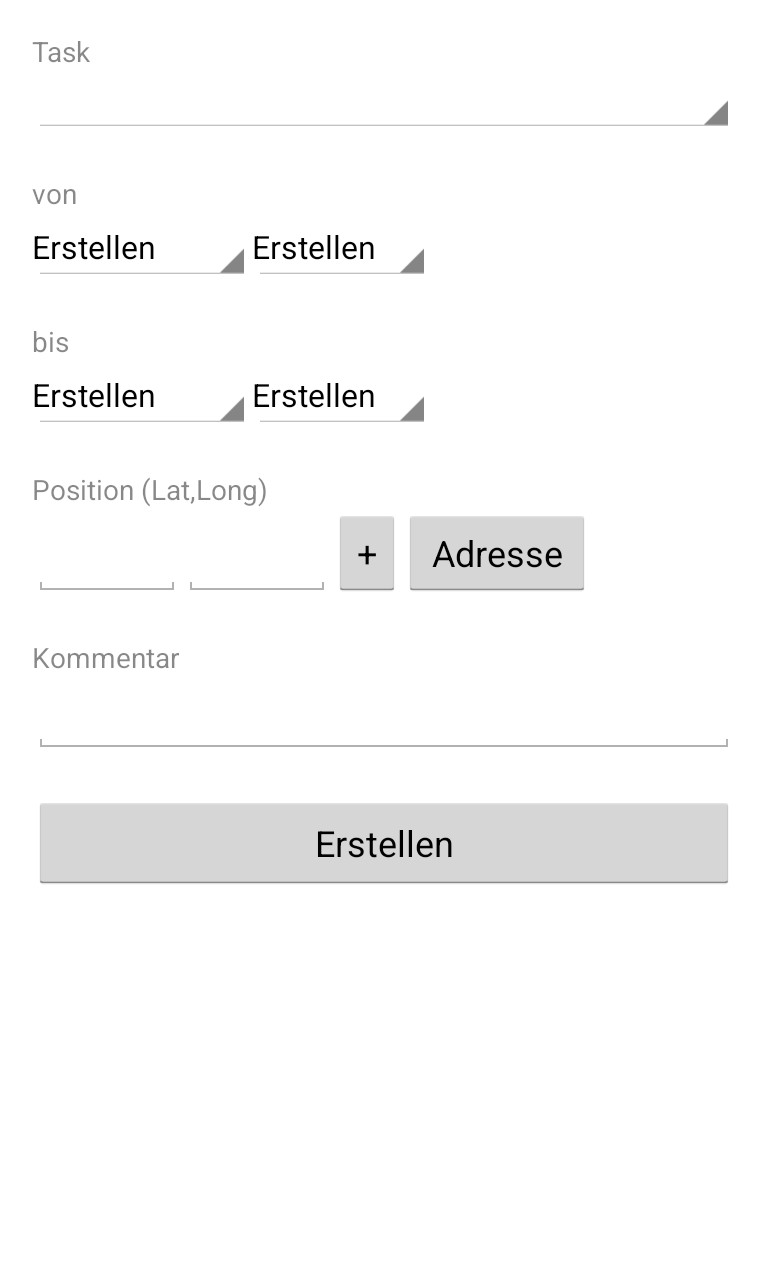
Repository: floriandrs/ttracker
Layout: TTracker/res/layout/activity_create_new_track.xml
The author's editor kept a copy of each file at every save. The layout is drawn from the files as they stood at one save, then again after the next save.
It is drawn on a 768 x 1280 px phone screen (xhdpi) without system bars, with theme AppTheme; the app's code is not run.

Above is the layout before, as saved 2015-02-25 19:53:56.

### TTracker/res/layout/activity_create_new_track.xml
<RelativeLayout xmlns:android="http://schemas.android.com/apk/res/android"
    xmlns:tools="http://schemas.android.com/tools"
    android:layout_width="match_parent"
    android:layout_height="match_parent"
    android:paddingBottom="@dimen/activity_vertical_margin"
    android:paddingLeft="@dimen/activity_horizontal_margin"
    android:paddingRight="@dimen/activity_horizontal_margin"
    android:paddingTop="@dimen/activity_vertical_margin"
    tools:context="com.slart.ttracker.activitiy.EditTrackActivity" >

    <TextView
        android:id="@+id/trackLabel"
        android:text="@string/track"
        style="@style/FormLabel"
        android:layout_marginTop="0dp" />

    <Spinner
        android:id="@+id/track"
        android:layout_width="match_parent"
        android:layout_height="wrap_content"
        android:layout_below="@id/trackLabel" />

    <TextView
        android:id="@+id/startLabel"
        android:layout_below="@id/track"
        android:text="@string/from"
        style="@style/FormLabel" />

    <Button
        android:id="@+id/startDate"
        android:layout_width="110dp"
        android:layout_height="35dp"
        android:layout_below="@id/startLabel"
        style="?android:attr/spinnerStyle"
        android:text="@string/create"
        android:onClick="setStartDate" />

    <Button
        android:id="@+id/startTime"
        android:layout_width="90dp"
        android:layout_height="35dp"
        android:layout_below="@id/startLabel"
        android:layout_toRightOf="@id/startDate"
        style="?android:attr/spinnerStyle"
        android:text="@string/create"
        android:onClick="setStartTime" />

    <TextView
        android:id="@+id/endLabel"
        android:layout_below="@id/startTime"
        android:text="@string/to"
        style="@style/FormLabel" />


    <Button
        android:id="@+id/endDate"
        android:layout_width="110dp"
        android:layout_height="35dp"
        android:layout_below="@id/endLabel"
        style="?android:attr/spinnerStyle"
        android:text="@string/create"
        android:onClick="setEndDate" />

    <Button
        android:id="@+id/endTime"
        android:layout_width="90dp"
        android:layout_height="35dp"
        android:layout_below="@id/endLabel"
        android:layout_toRightOf="@id/endDate"
        style="?android:attr/spinnerStyle"
        android:text="@string/create"
        android:onClick="setEndTime" />

    <TextView
        android:id="@+id/locationLabel"
        android:layout_below="@id/endTime"
        android:text="@string/location"
        style="@style/FormLabel" />

    <EditText
        android:id="@+id/lat"
        android:layout_width="75dp"
        android:layout_height="45dp"
        android:layout_below="@id/locationLabel" />

    <EditText
        android:id="@+id/lon"
        android:layout_width="75dp"
        android:layout_height="45dp"
        android:layout_below="@id/locationLabel"
        android:layout_toRightOf="@id/lat" />

    <Button
        android:id="@+id/locationButton"
        android:layout_width="35dp"
        android:layout_height="45dp"
        android:layout_below="@id/locationLabel"
        android:text="@string/location_update"
        android:onClick="onLocationUpdateButtonClick"
        android:layout_toRightOf="@id/lon" />

    <Button
        android:id="@+id/georefButton"
        android:layout_width="95dp"
        android:layout_height="45dp"
        android:state_enabled="false"
        android:layout_below="@id/locationLabel"
        android:text="@string/georef"
        android:onClick="onGeorefButtonClick"
        android:layout_toRightOf="@id/locationButton" />

    <TextView
        android:id="@+id/commentLabel"
        android:layout_below="@id/locationButton"
        android:text="@string/comment"
        style="@style/FormLabel" />

    <EditText
        android:id="@+id/comment"
        android:layout_below="@id/commentLabel"
        style="@style/FormWidthHeight" />

	<Button
        android:id="@+id/enter"
		android:layout_alignParentRight="true"
        android:layout_below="@id/comment"
        style="@style/FormTopMargin"
        android:text="@string/create"
        android:onClick="onCreateNewTrack" />


</RelativeLayout>

### TTracker/res/values/styles.xml
<resources>

    <!--
        Base application theme, dependent on API level. This theme is replaced
        by AppBaseTheme from res/values-vXX/styles.xml on newer devices.
    -->
    <style name="AppBaseTheme" parent="android:Theme.Light">
        <!--
            Theme customizations available in newer API levels can go in
            res/values-vXX/styles.xml, while customizations related to
            backward-compatibility can go here.
        -->
    </style>

    <!-- Application theme. -->
    <style name="AppTheme" parent="AppBaseTheme">
        <!-- All customizations that are NOT specific to a particular API-level can go here. -->
    </style>


    <style name="FormWidthHeight">
        <item name="android:layout_width">match_parent</item>
        <item name="android:layout_height">wrap_content</item>
    </style>

    <style name="FormTopMargin" parent="@style/FormWidthHeight">
        <item name="android:layout_marginTop">20dp</item>
    </style>

    <style name="FormLabel" parent="@style/FormTopMargin">
        <item name="android:textColor">#77000000</item>
        <item name="android:textSize">14dp</item>
    </style>

</resources>

### TTracker/res/values/strings.xml
<?xml version="1.0" encoding="utf-8"?>
<resources>

    <string name="app_name">TTracker</string>
    <string name="action_settings">Settings</string>
    <string name="hello_world">Hello world!</string>
    <string name="hello_blank_fragment">Hello blank fragment</string>
    <string name="title_activity_view_all_tracks">ViewAllTracksActivity</string>
    <string name="title_activity_edit_track">Neue Aktivitaet anlegen</string>
    <string name="title_activity_stats">StatsActivity</string>
    <string name="title_activity_stats_simple">StatsSimple</string>
    <string name="title_activity_stats_average">StatsAverageActivity</string>
    <string name="main_open_create_new_track_label">Start new</string>
    <string name="open_view_all">Track-Liste öffnen</string>
    <string name="open_time_filter_stats">Tracks pro Zeitraum</string>
    <string name="open_activity_stats">Analyse</string>
    <string name="open_activity_stats_simple">Summen pro Kategorie</string>
    <string name="open_activity_stats_average">Durchschnitt pro Kategorie</string>
    <string name="open_activity_view_all_categories">Kategorien verwalten</string>
    <string name="open_create_new_track">Neuen Track starten</string>
    <string name="close_current_track">Aktiven Track stoppen</string>
    <string name="update_current_track">Aktiven Track editieren</string>
    <string name="current_track_label">Aktiver Track:</string>
    <string name="create">Erstellen</string>
    <string name="created_category">Neue Kategorie wurde erstellt: </string>
    <string name="category_already_exists">Kategorie existiert bereits: </string>
    <string name="add">Hinzufügen</string>
    <string name="delete">Löschen</string>
    <string name="update">Aktualisieren</string>
    <string name="location_update">+</string>
    <string name="georef">Adresse</string>
    <string name="now">jetzt</string>
    <string name="today">heute</string>
    <string name="since">seit</string>
    <string name="empty">-</string>
    <string name="none">Kein aktiver Track</string>
    <string name="location">Position (Lat,Long)</string>
    <string name="comment">Kommentar</string>
    <string name="track">Task</string>
    <string name="from">von</string>
    <string name="to">bis</string>
    <string name="started_new_track">Neuer Track gestartet:</string>
    <string name="updated_track">Track aktualisiert:</string>
    <string name="update_track">Bearbeiten</string>
    <string name="delete_track">Löschen</string>
    <string name="export_track_to_calendar">Export an Kalender</string>
    <string name="view_track_in_map">In Karte ansehen</string>

    <string name="no_network">Keine Netzwerkverbindung!</string>
    <string name="address_lookup_start">Adresse wird georeferenziert...</string>
    <string name="lat_or_lon_must_be_set">Lat und Lon müssen ausgefüllt sein</string>
    <string name="address_lookup_finish">Adresse gefunden</string>
    <string name="invalid_geocoding_result">Adresse konnte nicht verarbeitet werden</string>
    <string name="web_error">Fehler beim laden der Seite</string>

    <string name="category_name">Kategorie-Name</string>

    <string-array name="tracks_array">
        <item>Programmieren</item>
        <item>Meeting</item>
        <item>Testing</item>
    </string-array>

    <string name="title_activity_edit_categories">EditCategoriesActivity</string>
    <string name="title_activity_edit_category">EditCategoryActivity</string>
    <string name="title_activity_view_all_categories">ViewAllCategoriesActivity</string>

</resources>

Loaded but not shown: TTracker/res/values-v11/styles.xml (common file); TTracker/res/values-v14/styles.xml (common file); TTracker/res/values/dimens.xml (common file); TTracker/res/values-w820dp/dimens.xml (common file)

After the next save:
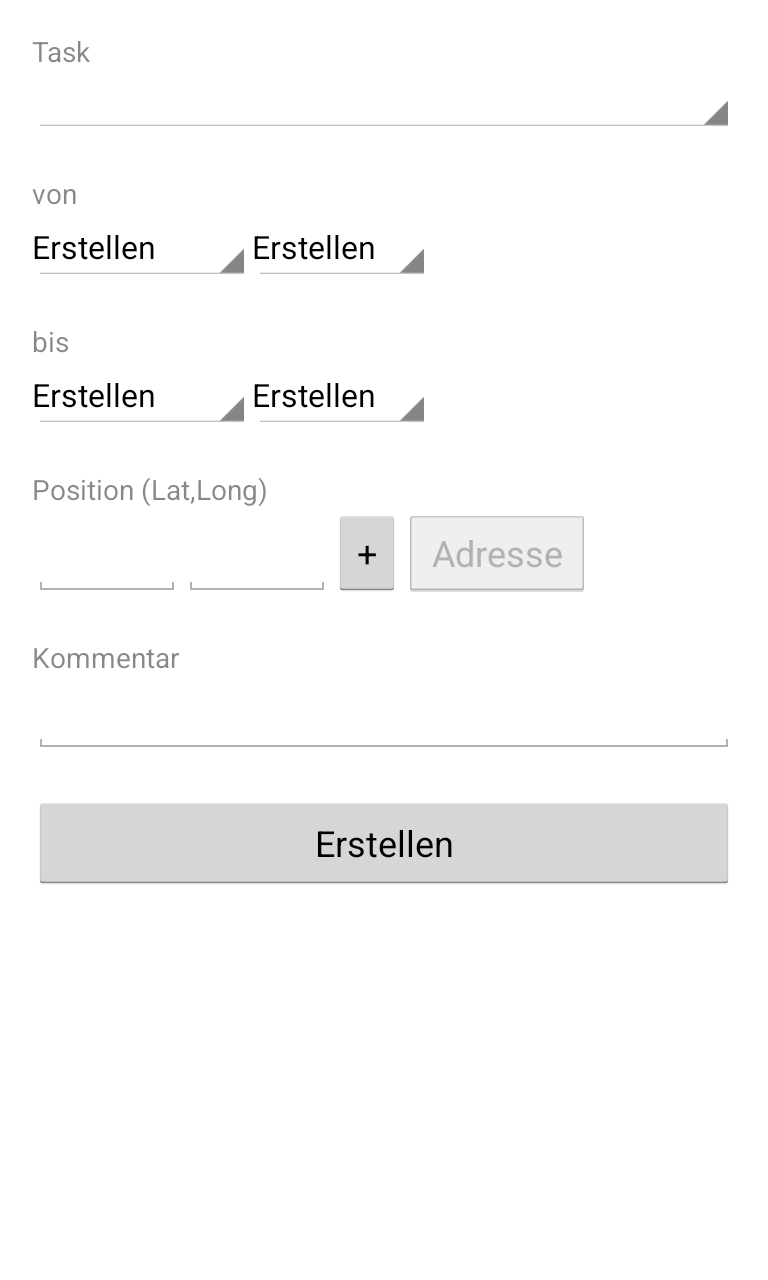
Saved 7 min 16 s later.
--- a/TTracker/res/layout/activity_create_new_track.xml
+++ b/TTracker/res/layout/activity_create_new_track.xml
@@ -103,11 +103,12 @@
         android:id="@+id/georefButton"
         android:layout_width="95dp"
         android:layout_height="45dp"
+        android:layout_below="@id/locationLabel"
+        android:layout_toRightOf="@id/locationButton"
+        android:enabled="false"
+        android:onClick="onGeorefButtonClick"
         android:state_enabled="false"
-        android:layout_below="@id/locationLabel"
-        android:text="@string/georef"
-        android:onClick="onGeorefButtonClick"
-        android:layout_toRightOf="@id/locationButton" />
+        android:text="@string/georef" />
 
     <TextView
         android:id="@+id/commentLabel"
